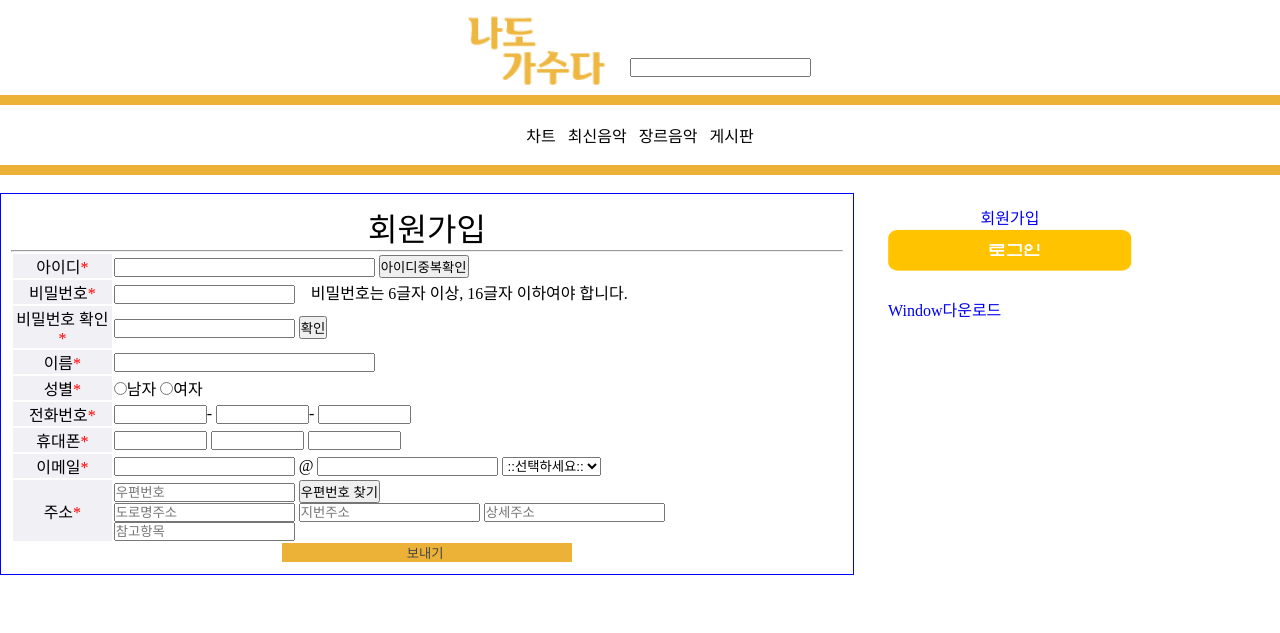
Repository: Ea-Bell/GraduationPortfolio
Page: http://localhost/WebTest/webTest/View/login/signUp.jsp
These files come from the project's save history. The page is drawn as it stood at one moment and after the next save; the edit follows.
The browser window is 1280 px wide. The pictures show the whole page.
The page is served by Tomcat 9. Nobody is signed in. The application's start-up code is not run. Other server files are loaded and not shown.

Above is the page before, as saved 2020-09-23 13:42:12.

### WEB_Server/WebTest/WebContent/webTest/View/login/signUp.jsp
<%@ page language="java" contentType="text/html; charset=UTF-8"
	pageEncoding="UTF-8"%>
<%@ taglib uri="http://java.sun.com/jsp/jstl/core" prefix="c"%>
<!DOCTYPE html>
<html>
<head>

<meta charset="UTF-8">
<title>회원가입</title>
<link rel="stylesheet" type="text/css" href="/webTest/Model/login/info.css" />
<link rel="stylesheet" type="text/css"
	href="/webTest/Model/mainForm/mainForm.css" />
<script type="text/javascript" src="/webTest/Model/mainForm/mainForm.js"></script>

</head>
<script src="http://code.jquery.com/jquery-latest.js"></script>
<%-- 기본 기능 스크립트--%>
<script type="text/javascript" src="/webTest/Model/login/info.js"></script>

<%-- 다음 주소 스크립트--%>
<script
	src="https://t1.daumcdn.net/mapjsapi/bundle/postcode/prod/postcode.v2.js"></script>



<body>

<header>
	<div align="center">

		<form action="mainForm.jsp" method="post">
			<!-- 헤더 -->

				<a href="/index" style="background: white;">
					 <img src="/webTest/img/logo.png"
					 style="position: relative; top: 15px; left: 0px; width: 140px; width:140px"></a>
					  <input type="text" onclick=""
					style="position: relative; left: 20px;">
				&nbsp;&nbsp;&nbsp;&nbsp;&nbsp; <br>
				<br>

				<hr id="head_line" size="10px" color="#ECB237">

				<br> <a href="" onmouseover="TextMover()"
					onmouseout="TextMount()" id="nav" style="color: black;">차트</a>
				&nbsp; <a href="/webTest/View/fileUpLoad/fileList.jsp" onmouseover="TextMover2()"
					onmouseout="TextMount2()" id="nav2" style="color: black;">최신음악</a>
				&nbsp; <a href="" onmouseover="TextMover3()"
					onmouseout="TextMount3()" id="nav3" style="color: black;">장르음악</a>
						&nbsp; <a href="/webTest/article/list.jsp"  id="nav3" style="color: black;">게시판</a>
				<br>
				<br>
		</form>
	</div>
</header>
		<hr id="head_line" size="10px" color="#ECB237">
		<br>
	<!-- 콘텐츠 -->

	<div id="content"  style="border:1px solid blue; padding:10px; width: 65%;  float: left;" >


<form action="" name="join" method="post">
		<div align="center">
			<span> <font size="6px">회원가입</font>
			</span>
			<hr>
		</div>
		<div align="center">
			<table>
				<tr>
					<td align="center" id="iColor">아이디<span id="iSpan">*</span></td>
					<td><input type="text" size="30" name="id" value="${param.id}">
						<input type="submit" value="아이디중복확인" name="btn1" onclick="Btn(1)">
					</td>
				</tr>

				<tr>
					<td align="center" id="iColor">비밀번호<span id="iSpan">*</span></td>
					<td><input type="password" name="wUserPW" id="pw" onchange="pwErrorCheck()" />&nbsp; &nbsp;
					<span>비밀번호는 6글자 이상, 16글자 이하여야 합니다.</span>
					</td>
				</tr>
				<tr>
					<td align="center" id="iColor">비밀번호 확인<span id="iSpan">*</span></td>
					<td><input type="password" name="wUserPWConfirm" id="pwCheck" />
					<input type="submit" value="확인" name="isSameBtn" onclick="isSame()">
					</td>
				</tr>

				<tr>
					<td align="center" id="iColor">이름<span id="iSpan">*</span></td>
					<td><input type="text" size="30" name="name"
						value="${param.name}"> <c:if test="${errors.name} }"></c:if>
					</td>
				</tr>

							<!-- 성별에서 디비 오류남 -->
				<tr>
					<td align="center" id="iColor">성별<span id="iSpan">*</span></td>
					<td><input type="radio" name="gender" value="남">남자 <input
						type="radio" name="gender" value="여">여자 <c:if
							test="${errors.gender}">성별을 클릭하시오.</c:if></td>
				</tr>
				<tr>
					<td align="center" id="iColor">전화번호<span id="iSpan">*</span></td>
					<td><input type="text" size="9" name="tel1">- <input
						type="text" size="9" name="tel2">- <input type="text"
						size="9" name="tel3"> <c:if test="${errors.tel }">전화번호를 입력하시오</c:if>
					</td>
				</tr>
				<tr>
					<td align="center" id="iColor">휴대폰<span id="iSpan">*</span></td>
					<td><input type="text" size="9" name="phone1"> <input
						type="text" size="9" name="phone2"> <input type="text"
						size="9" name="phone3"> <c:if test="${errors.phone}">번호를 입력하시오</c:if>
					</td>
				</tr>
				<tr>
					<td align="center" id="iColor">이메일<span id="iSpan">*</span></td>


			<td>

<!-- 	버전1		<input type="text" name ="email1">
			@
			<input type="text" name ="email2"> -->

				<input type="text" name="email1" value="" />
   			    @
			    <input type="text" name="email2" value="" ReadOnly="true"/>
			    <select name="emailCheck"
			    onchange="SetEmailTail(emailCheck.options[this.selectedIndex].value)">
    			    <option value="notSelected" >::선택하세요::</option>
    			    <option value="etc">직접입력</option>
    			    <option value="naver.com">naver.com</option>
    			    <option value="hanmail.net">hanmail.net</option>
				    <option value="gmail.com">gmail.com</option>
   				</select>

			</td>
				<%-- 테스트 해야한다
<!-- 이메일  오류 있으니 이메일 체인지 찾아서 수정해서 완료할것(완료시 주석 삭제 요청함) -->
					<td>
						<input type="text" name="email1" onfocus="this.value='';"> @
						<input type="text" name="email2" value="" disabled>
						 <select name="email1" onchange="email_change()">
							<!--     <option value="0" >선택하세요</option> -->
							<option id="email2" value="9">직접입력</option>

							<option value="naver.com">naver.com</option>

							<option value="nate.com">nate.com</option>
					</select> <!-- 이메일끝 요기서 이메일 텍스트 부분을 3가지로 나눠서 생각하시오 --> <c:if
							test="errors.email">이메일을 입력하시오</c:if>
					</td>
					 --%>
				</tr>
				<tr>
					<td align="center" id="iColor">주소<span id="iSpan">*</span></td>

					<td><input type="text" id="sample4_postcode" name="addr1"
						placeholder="우편번호"> <input type="button"
						onclick="sample4_execDaumPostcode()" value="우편번호 찾기"><br>

						<input type="text" id="sample4_roadAddress" name="addr2"
						placeholder="도로명주소"> <input type="text"
						id="sample4_jibunAddress" name="addr3" placeholder="지번주소">

						<span id="guide" style="color: #999; display: none"></span> <input
						type="text" id="sample4_detailAddress" name="addr4"
						placeholder="상세주소"> <input type="text"
						id="sample4_extraAddress" name="addr5" placeholder="참고항목">
						<c:if test="errors.addr">주소를 입력하시오</c:if></td>
				</tr>
				<tr >
					<td colspan="2" align="center" ><input  style="width: 35%; background: #ECB237; border: 0; outline: 0; color: #464646;" type="submit" value="보내기 " name="btn2"
						onclick="Btn(2)" ></td>
				</tr>
			</table>
		</div>
	</form>
	</div>



	<div style="padding:10px; width: 30%; float: right;">
		<aside id="main_aside">

			<table border="0">
				<tr>
					<td><c:if test="${empty authUser }">
							<div align="center"><a href=""></a> <a href="/webTest/login/signUp.jsp">회원가입</a></div>
							<a href="/webTest/login/login.jsp" ><img alt="" src="/webTest/img/login/login.png" style="height: 42px; width: 244px;"></a>
							<br>

						</c:if> <c:if test="${!empty authUser}">
				${authUser.nickname}님, 안녕하세요.<br />
							<a href="/LogoutHandler">[로그아웃하기]</a>
							<a href="changePwdForm.jsp">[암호변경하기]</a>
									&nbsp;&nbsp;&nbsp;&nbsp;&nbsp;&nbsp;&nbsp;&nbsp;&nbsp;&nbsp;<a href="/webTest/list/newMusicForm.jsp">[마이페이지]</a>
						</c:if></td>
				</tr>
			</table>

			<br>
			<table border="0">
				<tr>

					<td>
				<a href="/webTest/나는가수다.msi" download=>Window다운로드</a>
					</td>

				</tr>
			</table>

		</aside>
		</div>



	<!-- 바텀 -->
	<div align="center">



	</div>

</body>
</html>

### WEB_Server/WebTest/WebContent/webTest/Model/login/info.css
@charset "UTF-8";

#iColor
{
	background-color: #f0f0f5;
}
#iSpan
{
	color: red;
	align-content: center;
}

### WEB_Server/WebTest/WebContent/webTest/Model/mainForm/mainForm.css
@charset "UTF-8";
body{
	position: relative;
}

*{ margin:0; padding :0;}

img{border: 0; width:16px ; height: 16 px;}


#content{
	/* 중앙 정렬*/
	width: 960px;

	/* 수평 레이아웃 구성 */
	overflow: hidden;
}
#content > #main_section
{
	width: 650px;
	float: left;			/* 왼쪽에 붙입니다*/
}

#content > #main_aside{
	height:30%;
	width : 25%;
	float: right;           /*오른쪽에 붙입니다.*/
	margin-bottom: 20px;
	padding: 10px;

	color: #ff8000;


}



#content > #main_bside{

	width : 30%;
	height:0%;
	float: left;           /*왼쪽에 붙입니다.*/
	margin-bottom: 20px;
	padding: 10px;


}
#content > #main_cside{
	width :70%;
	height: 0%;
	float: none;           /*가운데에 붙입니다.*/
	margin-bottom: 20px;
	padding: 10px;
	border: 1px solid #e4e4e4;
	color: #ff8000;
	background-color:ff8000;
}

#textcolor{
	border: 1px solid #e4e4e4;
	color: #ff8000;
	background-color:ff8000;
}

#hr
{

}
#nav
{
	 font-family: ""
}
#winFont{
	font-family: "돋음";
	color: #1A1A1A;
}
a {
  text-decoration: none;
}

### WEB_Server/WebTest/WebContent/webTest/Model/mainForm/mainForm.js
/**
 *
 */

//문자나 이미지가 밖으로 나갔을경우
function TextMover() {
	var dama = document.getElementById('nav');
	dama.style.color="Red";
}
function ImgMover() {

}
function TextMover2() {
	var dama = document.getElementById('nav2');
	dama.style.color="Red";
}
function TextMover3() {
	var dama = document.getElementById('nav3');
	dama.style.color="Red";
}
//문자나 이미지가 밖으로 갔을경우
function TextMount() {
	var dama = document.getElementById('nav');
	dama.style.color="Black";
}
function TextMount2() {
	var dama = document.getElementById('nav2');
	dama.style.color="Black";
}
function TextMount3() {
	var dama = document.getElementById('nav3');
	dama.style.color="Black";
}
function ImgMount() {

}

### WEB_Server/WebTest/WebContent/webTest/Model/login/info.js
/**
 *
 */




function email_change(){

/*
if(document.join.email.options[document.join.email.selectedIndex].value == '0'){

 document.join.email2.disabled = true;

 document.join.email2.value = " ";
 dovument.join.email2.text = "";
}
*/



}
	function pwErrorCheck(){
	    var pw = document.join.wUserPW.value;
	    //var confirmPW = document.join.wUserPWConfirm.value;
	    if (pw.length < 6 || pw.length > 16) {
	        window.alert('비밀번호는 6글자 이상, 16글자 이하만 이용 가능합니다.');
	        document.join.pw.value =""
	        document.join.pwCheck.value="";
	        document.join.pw.focus();
	    }
	}


	function isSame(){
		var pw = document.join.pw.value;
	    var confirmPW = document.join.confirmPW.value;
		if(pw !="" && confirmPW!="") {
	        if(pw == confirmPW) {
	        	  document.getElementById('check').innerHTML='비밀번호가 일치합니다.'
	              document.getElementById('check').style.color='blue';
	        }
	        else {
	        	document.getElementById('check').innerHTML='비밀번호가 일치하지 않습니다.';
	            document.getElementById('check').style.color='red';
	        }
	    }
	}




function SetEmailTail(emailValue) {
	  if ( emailValue == "notSelected" ){
		  document.join.email2.readOnly = true;
		  document.join.email2.value = "";
	  }
	  else if ( emailValue == "etc" ) {
		  document.join.email2.readOnly = false;
		  document.join.email2.value = "";
	  } else {
		  document.join.email2.readOnly = true;
		  document.join.email2.value = emailValue;
	  }
}


function Btn(index){

	if(index ==1){
		document.join.method="post"
		document.join.action="../../test/test1.jsp";

	}
	else if(index==2)
		{
		document.join.method="post"
			document.join.action="/WebTest/Servlet";
		}
	else if(index ==3)
		{document.join.method="post"
		document.join.action="../../test/test3.jsp";
		}
	document.join.submit();
}



//본 예제에서는 도로명 주소 표기 방식에 대한 법령에 따라, 내려오는 데이터를 조합하여 올바른 주소를 구성하는 방법을 설명합니다.
function sample4_execDaumPostcode() {
    new daum.Postcode({
        oncomplete: function(data) {
            // 팝업에서 검색결과 항목을 클릭했을때 실행할 코드를 작성하는 부분.

            // 도로명 주소의 노출 규칙에 따라 주소를 표시한다.
            // 내려오는 변수가 값이 없는 경우엔 공백('')값을 가지므로, 이를 참고하여 분기 한다.
            var roadAddr = data.roadAddress; // 도로명 주소 변수
            var extraRoadAddr = ''; // 참고 항목 변수

            // 법정동명이 있을 경우 추가한다. (법정리는 제외)
            // 법정동의 경우 마지막 문자가 "동/로/가"로 끝난다.
            if(data.bname !== '' && /[동|로|가]$/g.test(data.bname)){
                extraRoadAddr += data.bname;
            }
            // 건물명이 있고, 공동주택일 경우 추가한다.
            if(data.buildingName !== '' && data.apartment === 'Y'){
               extraRoadAddr += (extraRoadAddr !== '' ? ', ' + data.buildingName : data.buildingName);
            }
            // 표시할 참고항목이 있을 경우, 괄호까지 추가한 최종 문자열을 만든다.
            if(extraRoadAddr !== ''){
                extraRoadAddr = ' (' + extraRoadAddr + ')';
            }

            // 우편번호와 주소 정보를 해당 필드에 넣는다.
            document.getElementById('sample4_postcode').value = data.zonecode;
            document.getElementById("sample4_roadAddress").value = roadAddr;
            document.getElementById("sample4_jibunAddress").value = data.jibunAddress;

            // 참고항목 문자열이 있을 경우 해당 필드에 넣는다.
            if(roadAddr !== ''){
                document.getElementById("sample4_extraAddress").value = extraRoadAddr;
            } else {
                document.getElementById("sample4_extraAddress").value = '';
            }

            var guideTextBox = document.getElementById("guide");
            // 사용자가 '선택 안함'을 클릭한 경우, 예상 주소라는 표시를 해준다.
            if(data.autoRoadAddress) {
                var expRoadAddr = data.autoRoadAddress + extraRoadAddr;
                guideTextBox.innerHTML = '(예상 도로명 주소 : ' + expRoadAddr + ')';
                guideTextBox.style.display = 'block';

            } else if(data.autoJibunAddress) {
                var expJibunAddr = data.autoJibunAddress;
                guideTextBox.innerHTML = '(예상 지번 주소 : ' + expJibunAddr + ')';
                guideTextBox.style.display = 'block';
            } else {
                guideTextBox.innerHTML = '';
                guideTextBox.style.display = 'none';
            }
        }
    }).open();
}

After the next save:
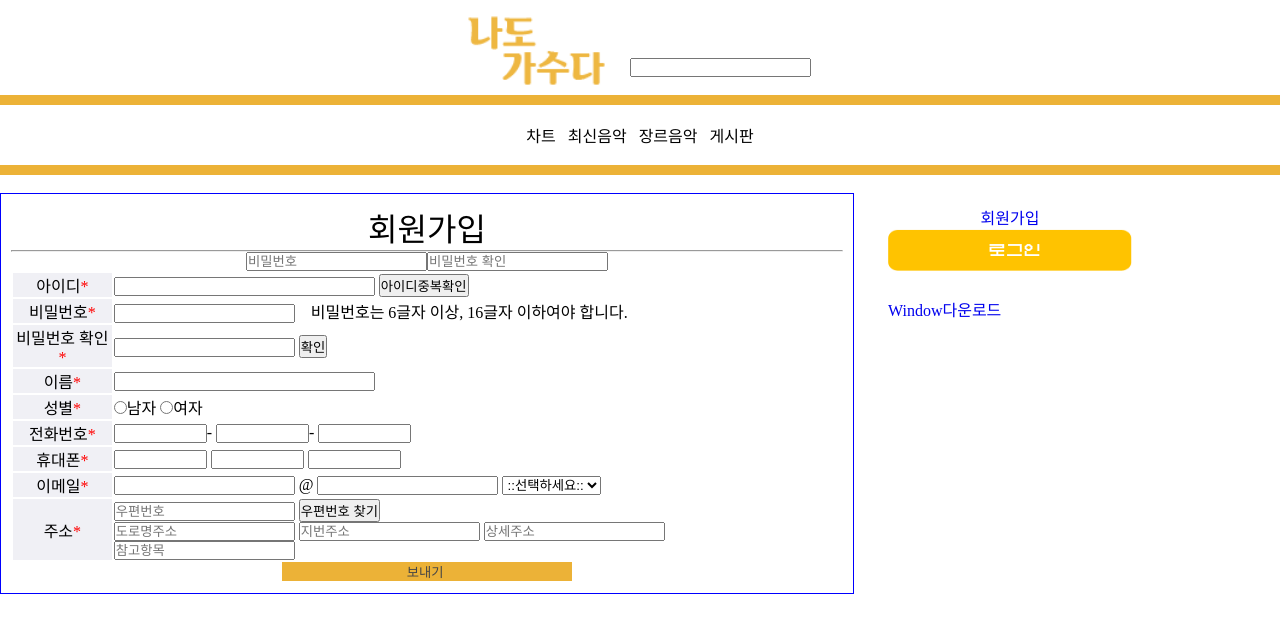
Saved 2 min 31 s later.
--- a/WEB_Server/WebTest/WebContent/webTest/View/login/signUp.jsp
+++ b/WEB_Server/WebTest/WebContent/webTest/View/login/signUp.jsp
@@ -75,6 +75,10 @@
 					</td>
 				</tr>
 
+				<input type="password" id="userPw" placeholder="비밀번호"/>
+				<input type="password" id="userPwChk" placeholder="비밀번호 확인"/>
+				<font id="chkNotice" size="2"></font>
+
 				<tr>
 					<td align="center" id="iColor">비밀번호<span id="iSpan">*</span></td>
 					<td><input type="password" name="wUserPW" id="pw" onchange="pwErrorCheck()" />&nbsp; &nbsp;
